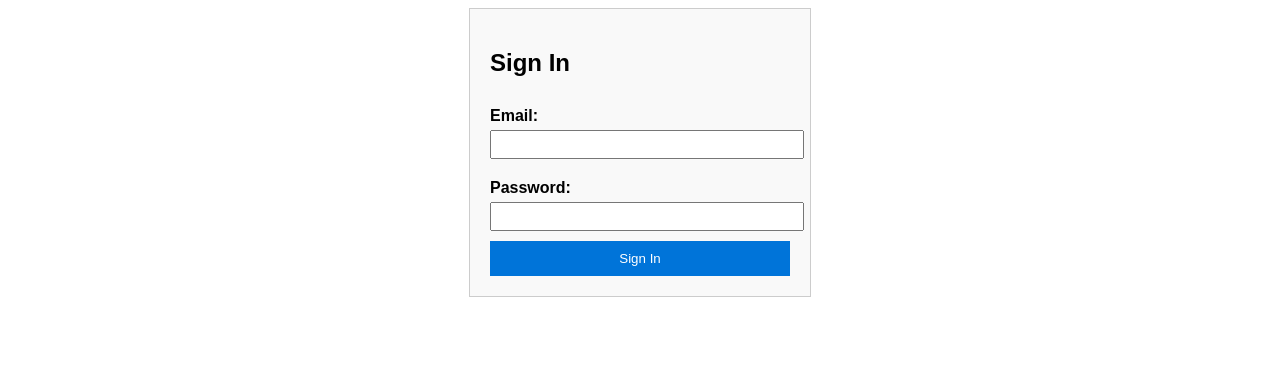
Repository: Ajay9554/javaPrograms
Page: http://localhost/loginPage/login.jsp
The author's editor kept a copy of each file at every save. The page is drawn from the files as they stood at one save, then again after the next save.
The browser window is 1280 px wide. The pictures show the whole page.
The page is served by Tomcat 9. Other server files are loaded and not shown.

Above is the page before, as saved 2023-10-16 21:00:44.

### eclipse-workspace/aug1pro/loginPage/src/main/webapp/login.jsp
<%@ page language="java" contentType="text/html; charset=UTF-8"
	pageEncoding="UTF-8"%>



<!DOCTYPE html>
<html>
<head>
<link rel="stylesheet" type="text/css" href="css/login.css">
</head>
<body>
	<div class="container">
		<form id="signin-form">
			<h2>Sign In</h2>
			<div class="form-group">
				<label for="email">Email:</label> <input type="email" id="email"
					name="email" required>
			</div>
			<div class="form-group">
				<label for="password">Password:</label> <input type="password"
					id="password" name="password" required>
			</div>

			<button type="submit">Sign In</button>
		</form>
	</div>

	<script src="js/login.js"></script>
</body>
</html>

### eclipse-workspace/aug1pro/loginPage/src/main/webapp/css/login.css
body {
    font-family: Arial, sans-serif;
}

.container {
    width: 300px;
    margin: 0 auto;
    padding: 20px;
    border: 1px solid #ccc;
    background-color: #f9f9f9;
}

form {
    display: flex;
    flex-direction: column;
}

.form-group {
    margin: 10px 0;
}

label {
    font-weight: bold;
}

input {
    width: 100%;
    padding: 5px;
    margin-top: 5px;
}

button {
    background-color: #0074D9;
    color: white;
    padding: 10px;
    border: none;
    cursor: pointer;
}

button:hover {
    background-color: #0056b3;
}

### eclipse-workspace/aug1pro/loginPage/src/main/webapp/js/login.js
/*document.getElementById("signin-form").addEventListener("submit", function (event) {
    event.preventDefault();
    const email = document.getElementById("email").value;
    const password = document.getElementById("password").value;

    // You can perform authentication here and navigate to the user's dashboard.
    // For this example, we'll just display a message.
    alert(`Sign in successful! Email: ${email}`);
});
*/

After the next save:
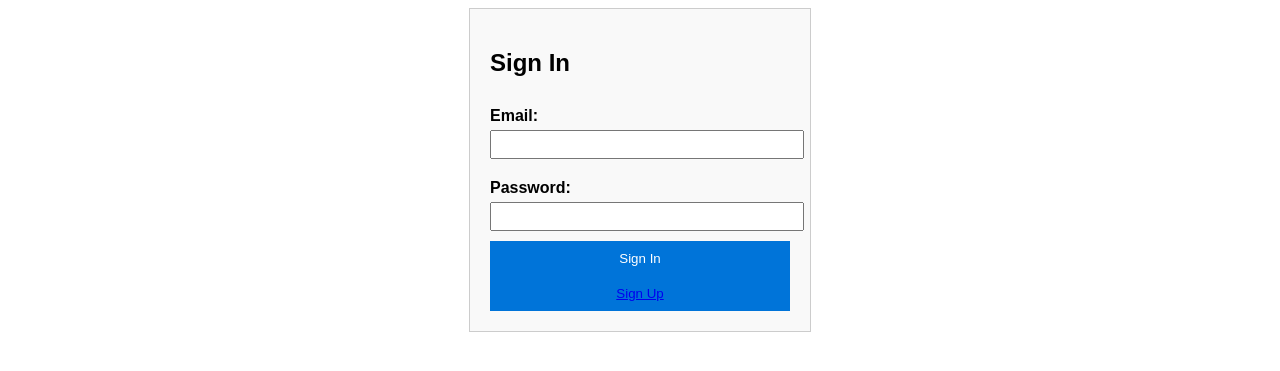
Saved 9 h 39 min later.
--- a/eclipse-workspace/aug1pro/loginPage/src/main/webapp/login.jsp
+++ b/eclipse-workspace/aug1pro/loginPage/src/main/webapp/login.jsp
@@ -22,6 +22,8 @@
 			</div>
 
 			<button type="submit">Sign In</button>
+			<button type="submit"><a href="registration.jsp">Sign Up</a></button>
+
 		</form>
 	</div>
 
